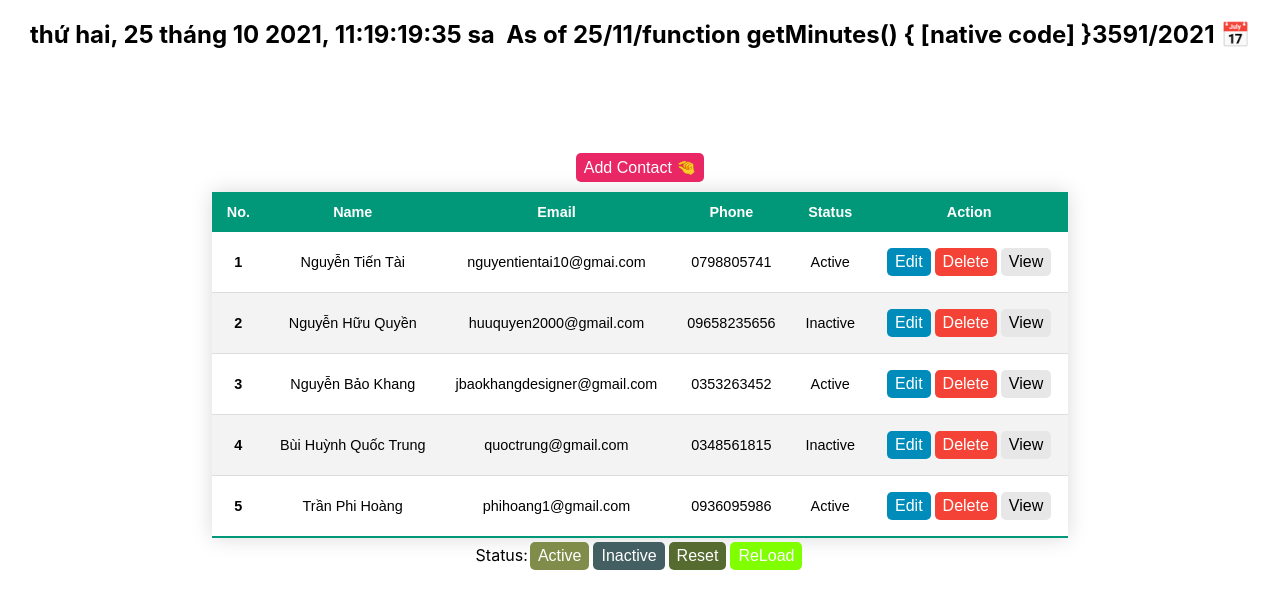
Repository: fdhhhdjd/Redux-Toolkit-CURD-Firebase
Page: /
The author's editor kept a copy of each file at every save. The page is drawn from the files as they stood at one save, then again after the next save.
The browser window is 1280 px wide. The pictures show the whole page.
The project was rebuilt for these pictures with package versions that can differ from the ones it lists, and the page was loaded fresh each time. Also part of the build but not shown: src/Styles/AddEdit.css, src/Component/AddEdit.js, src/Styles/View.css, src/Component/View.js.

Above is the page before, as saved 2021-10-25 11:19:21.

### src/index.js
import React from "react";
import ReactDOM from "react-dom";
import "./index.css";
import App from "./App";
import store from "./Redux/Store";
import { Provider } from "react-redux";
import * as serviceWorker from "./serviceWorker";
import { ToastContextProvider } from "./ToastContext/ToastContext";

ReactDOM.render(
  <React.StrictMode>
    <Provider store={store}>
      <ToastContextProvider>
        <App />
      </ToastContextProvider>
    </Provider>
  </React.StrictMode>,
  document.getElementById("root")
);

// If you want your app to work offline and load faster, you can change
// unregister() to register() below. Note this comes with some pitfalls.
// Learn more about service workers: https://bit.ly/CRA-PWA
serviceWorker.unregister();

### src/App.js
import React from "react";
import "./App.css";
import { BrowserRouter, Switch, Route } from "react-router-dom";
import { ToastContainer } from "react-toastify";
import "react-toastify/dist/ReactToastify.css";
import { Home, View, AddEdit } from "./import/Index";
function App() {
  return (
    <>
      <BrowserRouter>
        <div className="App">
          <ToastContainer position="top-center" />
          <Switch>
            <Route exact path="/" component={Home} />
            <Route path="/add" component={AddEdit} />
            <Route path="/update/:id" component={AddEdit} />
            <Route path="/view/:id" component={View} />
          </Switch>
        </div>
      </BrowserRouter>
    </>
  );
}

export default App;

### src/Redux/Store.js
import { configureStore, createStore } from "@reduxjs/toolkit";
import logger from "redux-logger";
import thunk from "redux-thunk";
import { composeWithDevTools } from "redux-devtools-extension";
import ContactReducer from "./ContactSlice";
const middleware = [thunk];
if (process.env.NODE_ENV === "development") {
  middleware.push(logger);
}
const store = configureStore({
  reducer: {
    todos: ContactReducer,
    middleware: [logger],
  },
});

export default store;

### src/ToastContext/ToastContext.js
import React, { useState, createContext, useEffect, useRef } from "react";
export const ToastContext = createContext();
export const ToastContextProvider = ({ children }) => {
  const [list, setList] = useState([]);
  let toastProperties = null;
  const showToast = (type) => {
    switch (type) {
      case "success":
        toastProperties = {
          id: list.length + 1,
          title: "Success",
          icon: "fas fa-check-circle",
          description: "Add user Success 😊",
          backgroundColor: "toast--success",
        };
        break;
      case "danger":
        toastProperties = {
          id: list.length + 1,
          title: "Danger",
          description: "Thất bại",
          backgroundColor: "toast--error",
          button: "btn btn--danger",
          json: "fas fa-exclamation-triangle",
        };
        break;
      case "info":
        toastProperties = {
          id: list.length + 1,
          title: "Info",
          description: "Khá thành công",
          backgroundColor: "toast--info",
          json: "fas fa-info",
        };
        break;
      case "warning":
        toastProperties = {
          id: list.length + 1,
          title: "Warning",
          description: "Gần thất bại",
          backgroundColor: "toast--warning",
          json: "fas fa-radiation-alt",
        };
        break;
      default:
        toastProperties = [];
    }
    setList([...list, toastProperties]);
  };
  const data = { list, setList, showToast };

  return <ToastContext.Provider value={data}>{children}</ToastContext.Provider>;
};

### src/import/Index.js
export { default as Home } from "../Component/Home";
export { default as AddEdit } from "../Component/AddEdit";
export { default as View } from "../Component/View";

### src/Redux/ContactSlice.js
import { createSlice, createAsyncThunk } from "@reduxjs/toolkit";
import { v4 as uuidv4 } from "uuid";
import { nanoid } from "nanoid";
const initialState = {
  contacts: [
    {
      id: 1,
      name: "Nguyễn Tiến Tài",
      email: "nguyentientai10@gmai.com",
      phone: "0798805741",
      status: "Active",
    },
    {
      id: 2,
      name: "Nguyễn Hữu Quyền",
      email: "huuquyen2000@gmail.com",
      phone: "09658235656",
      status: "Inactive",
    },
    {
      id: 3,
      name: "Nguyễn Bảo Khang",
      email: "jbaokhangdesigner@gmail.com",
      phone: "0353263452",
      status: "Active",
    },
    {
      id: 4,
      name: "Bùi Huỳnh Quốc Trung	",
      email: "quoctrung@gmail.com",
      phone: "0348561815",
      status: "Inactive",
    },
    {
      id: 5,
      name: "Trần Phi Hoàng",
      email: "phihoang1@gmail.com",
      phone: "0936095986",
      status: "Active",
    },
  ],
  contact: {
    name: "",
    email: "",
    phone: "",
    status: "",
  },
  filter: "All",
};
const TodoSlice = createSlice({
  name: "todos",
  initialState,
  reducers: {
    getContact: (state, action) => {
      state.contact = state.contacts.find((item) => item.id == action.payload);
    },
    addContact: (state, action) => {
      const newData = { ...action.payload, id: uuidv4() };
      state.contacts = [...state.contacts, newData];
    },
    deleteContact: (state, action) => {
      state.contacts = state.contacts.filter(
        (item) => item.id !== action.payload
      );
    },
    updateContact: (state, action) => {
      state.contacts = state.contacts.map((item) =>
        item.id === action.payload.id ? action.payload : item
      );
    },
    setFilter: (state, action) => {
      state.filter = action.payload;
    },
  },
});
const ContactReducer = TodoSlice.reducer;
export const {
  addContact,
  deleteContact,
  getContact,
  updateContact,
  setFilter,
} = TodoSlice.actions;
export const GetTodo = (state) => state.todos;
export default ContactReducer;

### src/Component/Home.js
import React from "react";
import { useDispatch, useSelector } from "react-redux";
import { deleteContact, GetTodo, setFilter } from "../Redux/ContactSlice";
import { Link } from "react-router-dom";
import { toast } from "react-toastify";
import "../Styles/Home.css";
import Moments from "./Moments";
const Home = () => {
  const { contacts, filter } = useSelector(GetTodo);
  const dispatch = useDispatch();
  const deleteFilterContact = (id) => {
    if (window.confirm("Are you sure you want to delete  ?")) {
      dispatch(deleteContact(id), toast.success("Delete user Success 😉"));
    }
  };

  const handleReloading = () => {
    window.location.reload();
  };

  return (
    <>
      <Moments />
      <div style={{ marginTop: "100px" }}>
        <Link to="/add">
          <button className="btn btn-contact">Add Contact 🤏</button>
        </Link>
        <table className="styled-table">
          <thead>
            <tr>
              <th style={{ textAlign: "center" }}>No.</th>
              <th style={{ textAlign: "center" }}>Name</th>
              <th style={{ textAlign: "center" }}>Email</th>
              <th style={{ textAlign: "center" }}>Phone</th>
              <th style={{ textAlign: "center" }}>Status</th>
              <th style={{ textAlign: "center" }}>Action</th>
            </tr>
          </thead>
          <tbody>
            {contacts
              .filter((item) => {
                if (filter === "All") {
                  return item;
                } else {
                  return item.status === filter;
                }
              })
              .map((item, index) => {
                return (
                  <tr key={item.id}>
                    <th scope="row">{index + 1}</th>
                    <td>{item.name}</td>
                    <td>{item.email}</td>
                    <td>{item.phone}</td>
                    <td>{item.status}</td>
                    <td>
                      <Link to={`/update/${item.id}`}>
                        <button className="btn btn-edit">Edit</button>
                      </Link>
                      <button
                        className="btn btn-delete"
                        onClick={() => deleteFilterContact(item.id)}
                      >
                        Delete
                      </button>
                      <Link to={`/view/${item.id}`}>
                        <button className="btn btn-view">View</button>
                      </Link>
                    </td>
                  </tr>
                );
              })}
          </tbody>
        </table>
        <label htmlFor="">Status:</label>
        <button
          className="btn btn-active"
          onClick={() => dispatch(setFilter("Active"))}
        >
          Active
        </button>
        <button
          className="btn btn-inactive"
          onClick={() => dispatch(setFilter("Inactive"))}
        >
          Inactive
        </button>
        <button
          className="btn btn-reset"
          onClick={() => dispatch(setFilter("All"))}
        >
          Reset
        </button>
        <button className="btn btn-reload" onClick={handleReloading}>
          ReLoad
        </button>
      </div>
    </>
  );
};

export default Home;

### src/Styles/Home.css
.styled-table {
    border-collapse: collapse;
    margin: auto;
    font-size: 0.9em;
    font-family: sans-serif;
    max-width: 1000px;
    box-shadow: 0 0 20px rgba(0, 0, 0, 0.15);
  }

  .styled-table thead tr {
    background-color: #009879;
    color: #ffffff;
    text-align: left;
  }

  .styled-table th,
  .styled-table td {
    padding: 12px 15px;
  }

  .styled-table tbody tr {
    border-bottom: 1px solid #dddddd;
  }

  .styled-table tbody tr:nth-of-type(even) {
    background-color: #f3f3f3;
  }

  .styled-table tbody tr:last-of-type {
    border-bottom: 2px solid #009879;
  }

  .btn {
    border: none;
    color: white;
    padding: 5px 8px;
    text-align: center;
    text-decoration: none;
    display: inline-block;
    border-radius: 5px;
    font-size: 16px;
    margin: 4px 2px;
    cursor: pointer;
  }

  .btn-edit {
    background-color: #008cba;
  }

  .btn-delete {
    background-color: #f44336;
  }

  .btn-view {
    background-color: #e7e7e7;
    color: black;
  }

  .btn-contact {
    background-color: #e82764;
    margin-bottom: 10px;
  }


  .btn-active {
    background-color: #808c4a;
    color: #fff;
  }

  .btn-inactive {
    background-color: #445f61;
    color: #fff;
  }

  .btn-reset {
    background-color: darkolivegreen;
    color: #fff;
  }
  .btn-reload{
    background-color: chartreuse;
    color: white;
  }

### src/Component/Moments.js
import React, { useEffect, useState } from "react";
import Moment from "react-moment";
import "moment/locale/vi";
const Moments = () => {
  const [Time, setTime] = useState("");
  let today = new Date();
  let date =
    today.getDate() +
    "/" +
    today.getHours() +
    "/" +
    today.getMinutes +
    today.getSeconds() +
    today.getMonth() +
    1 +
    "/" +
    today.getFullYear();
  useEffect(() => {
    const timer = setInterval(() => setTime(new Date(Date.now())), 1000);
    return () => clearInterval(timer);
  }, []);
  return (
    <div>
      <h2>
        <strong>
          <Moment format=" dddd, Do MMMM  YYYY, LT:mm:ss a">{Time}</Moment>
        </strong>
        &nbsp; As of {date} 📅
      </h2>
    </div>
  );
};

export default Moments;

Loaded but not shown: public/index.html (common file); src/index.css (common file); src/serviceWorker.js (common file); src/App.css (common file)

After the next save:
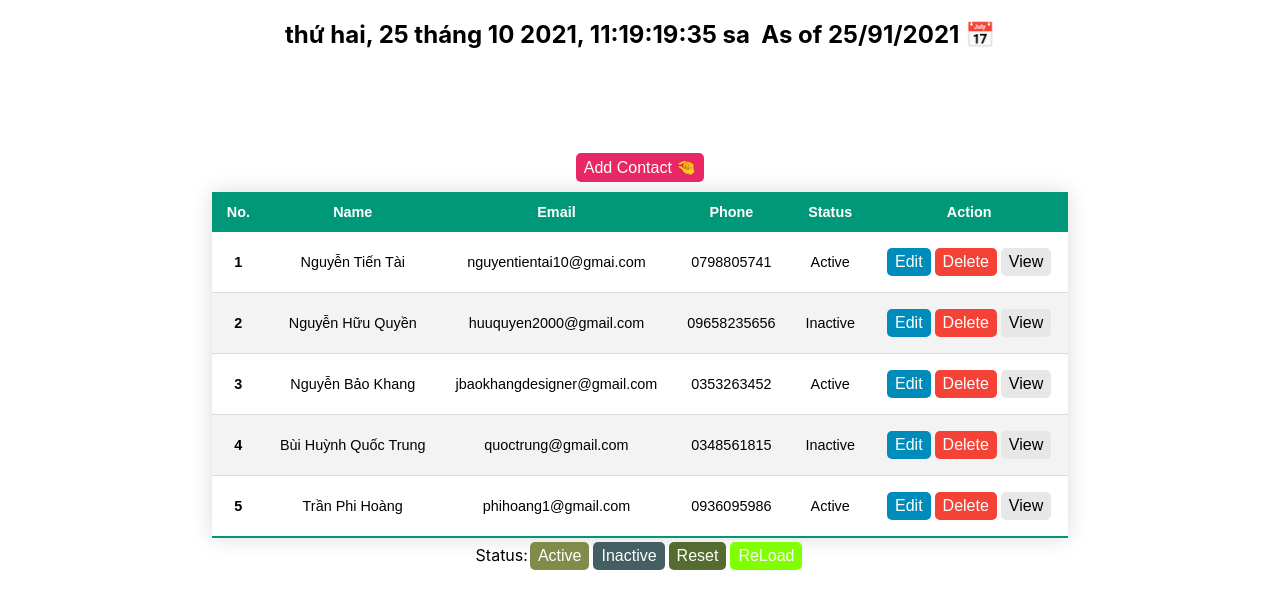
Saved 9 s later.
--- a/src/Component/Moments.js
+++ b/src/Component/Moments.js
@@ -7,10 +7,10 @@ const Moments = () => {
   let date =
     today.getDate() +
     "/" +
-    today.getHours() +
-    "/" +
-    today.getMinutes +
-    today.getSeconds() +
+    // today.getHours() +
+    // "/" +
+    // today.getMinutes +
+    // today.getSeconds() +
     today.getMonth() +
     1 +
     "/" +
